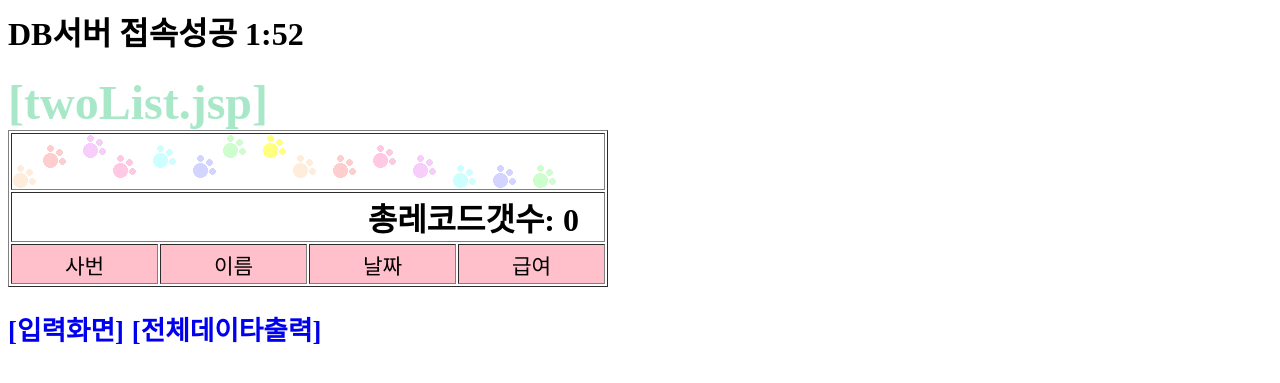
Repository: sorakazae/ITBANK_JSP_101
Page: http://localhost/Web0517/twoListCopy.jsp
The author's editor kept a copy of each file at every save. The page is drawn from the files as they stood at one save, then again after the next save.
The browser window is 1280 px wide. The pictures show the whole page.
The page is served by Tomcat 9. Queries for data that is not in the repository find no rows.

Above is the page before, as saved 2014-06-01 02:42:50.

After the next save:
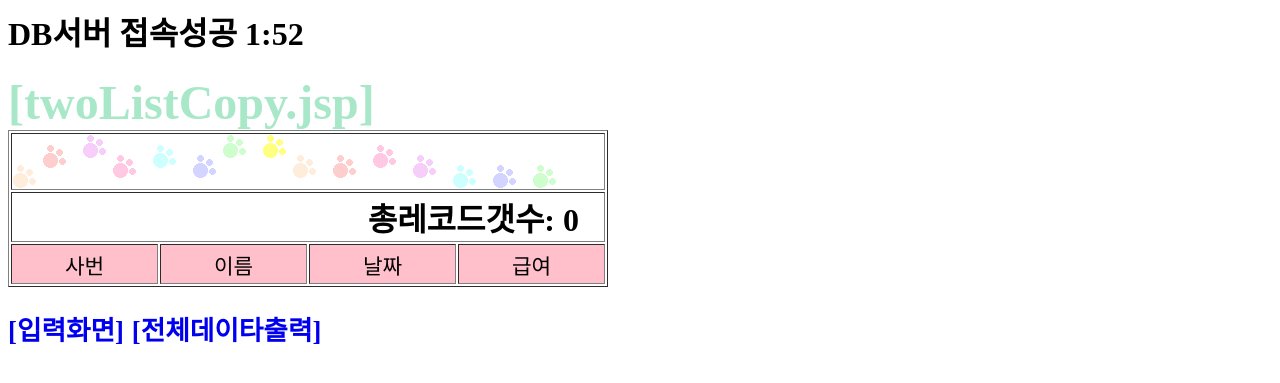
Saved 35 s later.
--- a/day8/my/Web0517/WebContent/twoListCopy.jsp
+++ b/day8/my/Web0517/WebContent/twoListCopy.jsp
@@ -34,7 +34,7 @@
 
 <html>
 <head>
-<title> [twoList.jsp] </title>
+<title> [twoListCopy.jsp] </title>
 	<style type="text/css">
 		td{ font-size:16pt; }
 		a{text-decoration:none; font-size:20pt; font-family:궁서체; }
@@ -68,7 +68,7 @@
   <tr height=40 bgcolor=pink align="center">
   	<td> 사번 </td> <td> 이름 </td> <td> 날짜 </td> <td> 급여 </td>
   </tr>
-  <font size=7 color="#A8E8C8"><b> [twoList.jsp]</b></font>
+  <font size=7 color="#A8E8C8"><b> [twoListCopy.jsp]</b></font>
  <%
 	try{
 		sql="select * from insa order by sabun";
